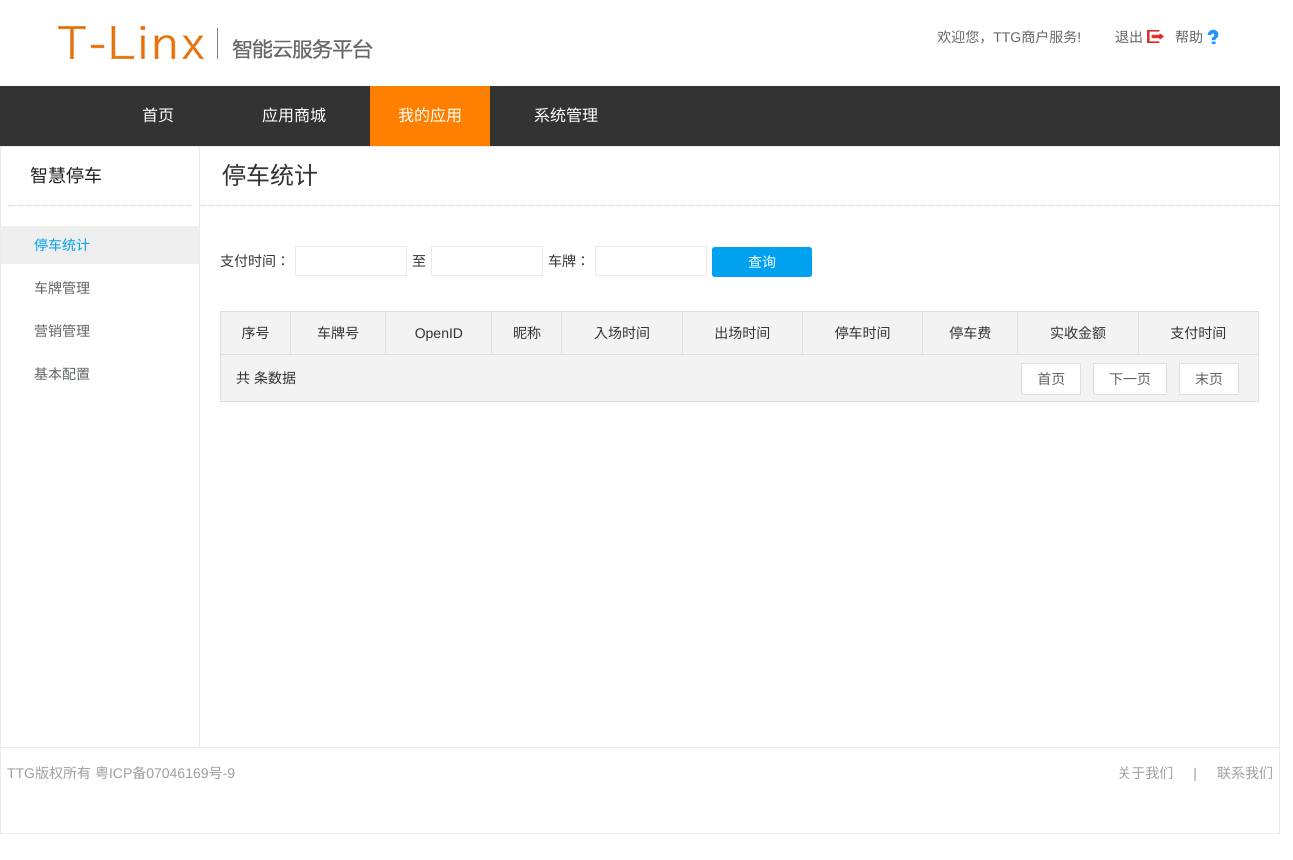
Repository: Keori/ParkCar
Page: admin/商户云/智慧停车/ParkComputed.html
The author's editor kept a copy of each file at every save. The page is drawn from the files as they stood at one save, then again after the next save.
The browser window is 1280 px wide. The page is 1293 px wide, so the pictures cover 1293 px, including what lies to the right of the window. The pictures show the whole page.
The page's requests for data from a server got no answer.

Above is the page before, as saved 2018-12-24 11:52:00.

### admin/商户云/智慧停车/ParkComputed.html
<!DOCTYPE html>
<html lang="en">
<head>
    <meta charset="utf-8">
    <meta name="viewport" content="initial-scale=1.0,width=device-width" />
    <meta name="keywords" content="" />
    <meta name="description" content="" />
    <title>会员卡</title>
    <link href="../css/reset.css" type="text/css" rel="stylesheet"/>
    <link href="../css/layout.css" type="text/css" rel="stylesheet"/>
    <link href="../laydate/laydate.css" type="text/css" rel="stylesheet"/>
    <script type="text/javascript" src="../js/jquery-3.1.1.min.js"></script>
    <script type="text/javascript" src="../js/vue.js"></script>
</head>
<body>
<header class="header index_header">
    <div class="top w1170">
        <div class="logo"><i></i><img src="../images/logo.jpg" alt=""/></div>
        <div class="top_right">欢迎您，TTG商户服务! <span class="icon out_icon"><a href="">退出<code></code></a></span><span class="icon help_icon"><a href="">帮助<code></code></a></span></div>
    </div>

    <menu class="menu">
        <div class="w1170">
            <ul>
                <li><a href="">首页</a></li>
                <li><a href="">应用商城</a></li>
                <li class="on"><a href="">我的应用</a></li>
                <li><a href="">系统管理</a></li>
            </ul>
        </div>
    </menu>
</header>
<section id="content" class="content content1170">
    <aside class="left_con">
        <div class="left_con_tit borderb">智慧停车</div>

        <ul>
            <li class="on"><a href="">停车统计</a></li>
            <li><a href="ParkManage.html">车牌管理</a></li>
            <li>
                <h1><a class='pagetitle' href="javascript:;" @click='ManageType'>营销管理</a><i></i></a>
                <div class='secondary' v-show='type'>
                    <h2 :class="{active:changeGray===1}" @click='change(1)'>
                        <a class='nextselect' href="Manage.html">
                            <span class='blockText'>模板类型</span>
                        </a>
                    </h2>
                    <h2 :class="{active:changeGray===2}" @click='change(2)'>
                        <a class='nextselect' href="Manage2.html">
                            <span class='blockText'>广告类型</span>
                        </a>
                    </h2>
                </div>
            </li>
            <li><a href="Basic.html">基本配置</a></li>
        </ul>
    </aside>
    <section id="boxRight" class="boxRight">
        <div class="boxRight_tit f1 borderb">停车统计</div>
        <article class="boxRightCon">
            <div class="CommonInput viplist_formlist viplist_formlist_1">
                <ul>
                    <li>
                        <span class="name">支付时间：</span><input id='timeData' name="text" type="text" style="width:100px;" onclick="laydate()"/>
                    </li>
                    <li>
                        <span class="name">至</span><input id='timeData1' name="text" type="text" style="width:100px;" onclick="laydate()"/>
                    </li>
                    <li>
                        <span class="name">车牌：</span><input v-model='filterSearch.plateNo' name="text" type="text" style="width:100px;"/>
                    </li>
                    <li>
                        <div class="org_btn"><a @click='Search'>查询</a></div>
                    </li>
                </ul>
            </div>
            <table width="100%" cellpadding="0" cellspacing="0" border="0" class="commonTable commonTable4">
                <tr>
                    <th>序号</th>
                    <th>车牌号</th>
                    <th>OpenID</th>
                    <th>昵称</th>
                    <th>入场时间</th>
                    <th>出场时间</th>
                    <th>停车时间</th>
                    <th>停车费</th>
                    <th>实收金额</th>
                    <th>支付时间</th>
                </tr>
                <tr v-for='(item,index) in Park' v-show='index<6'>
                    <td>{{index+1}}</td>
                    <td>{{item.plateNo}}</td>
                    <td>{{item.OpenId}}</td>
                    <td>{{item.nickName}}</td>
                    <td>{{item.entryTime}}</td>
                    <td>{{item.payTime}}</td>
                    <td>{{item.elapsedTime}}</td>
                    <td>{{item.payable}}</td>
                    <td class="red">{{item.OfficialMoney}}</td>
                    <td>{{item.payTime}}</td>
                </tr>
            </table>
            <div class="bg_f3 page">共 {{pages.pageSize}} 条数据
                <div class="page_right fr">
                    <a href="javascript:;">首页</a>
                    <span v-show='current != 0' @click='current-- && goto(current)'>
                        <a href="#">上一页</a>
                    </span>
                    <span class='itempage'
                        v-for='(paging,index) in items'
                        :key='index'>
                        <a href="javascript:;" :class='{active:current===index}' @click='goto(index)'>{{paging}}</a>
                    </span>
                    <span v-show="allpage != current && allpage != 0 " @click="current++ && goto(current++)">
                        <a href="#">下一页</a>
                    </span>
                    <a href="javascript:;">末页</a>
                </div>
            </div>
        </article>
    </section>
    <footer class="footer">
        <div class="w1000">
            <p class="footer_a fl">TTG版权所有   粤ICP备07046169号-9</p>
            <p class="footer_b fr"><a href="">关于我们</a>|<a href="">联系我们</a></p>
        </div>
    </footer>
</section>
<script  type="text/javascript">
    new Vue({
        el: '#content',
        data(){
            return{
                current: 0, //当前页
                pageSize: 6, //每条页数
                showItem:5, //每条总数
                allpage:13, //总页数
                type: false,
                changeGray: '',
                filterSearch:{
                    plateNo: '',
                    payTimeStart: '',
                    payTimeEnd: ''
                },
                Park: [],
                pages:{},
            }
        },
        computed:{
            items(){
                // const c = this.pages.currPage
                // const t = this.pages.totalPage
                // if(c){
                //     return [1,2,3,4,5]
                // }else if(c >=6){
                //     return ['···',c-1,c,c+1,'···',t]
                // }else{
                //     return [1,2,3,4,5,'···',t]
                // }
            }
        },
        methods:{
            Search(){
                this.filterSearch.payTimeStart = $('#timeData').val()
                this.filterSearch.payTimeEnd = $('#timeData1').val()
                let params =
                    this.filterSearch,
                    currPage = this.current,
                    pageSize = this.pageSize,
                    totalPage = this.allpage,
                    totalCount = this.showItem
                    ;
                console.log(this.filterSearch);
                $.ajax({
                url: 'http://q214e81040.iask.in:32642/merchant/car/paylist',
                type: 'get',
                data: params,
                statusCode:{
                    404:function(){
                        alert('网络错误')
                    }
                },
                success:(params) => {
                    this.Park = params.page.list
                    this.pages = params.page
                    console.log(this.pages);
                    console.log(this.Park)
                }
            })
            },
            ManageType(){
                if(this.type === false){
                    this.type = true
                }else{
                    this.type = false
                }
            },
            change(num){
                this.changeGray = num
            },
            goto(index){
                if(index == this.current) return;
                this.current = index;
            }
        },
        created(){
            this.Search()
        }
    })
</script>
</body>
<script src="../laydate/laydate.js"></script>
<script>
</script>
<style>
.pagetitle,.nextselect{
    font-weight: normal;
}
.nextselect{
    font-size: 14px;
}
.active{
    background: #EEEEEE
}
.blockText{
    display: block;
    width: 130px;
    height: 37.6px;
    margin: auto;
}
.active{
    background: #34495e !important;
    border-color: #34495e;
    color: #fff;
}
</style>
</html>

### admin/商户云/laydate/laydate.css
/**

 @Name： laydate皮肤：默认
 @Author：贤心
 @Site：http://sentsin.com/layui/laydate

**/

.laydate-icon{border:1px solid #C6C6C6; background-image:url(icon.png)}

.laydate_body .laydate_box,
.laydate_body .laydate_ym,
.laydate_body .laydate_ym .laydate_yms,
.laydate_body .laydate_table,
.laydate_body .laydate_table td,
.laydate_body .laydate_bottom #laydate_hms,
.laydate_body .laydate_time,
.laydate_body .laydate_bottom .laydate_btn a{border:1px solid #ccc;}

.laydate_body .laydate_y .laydate_yms a,
.laydate_body .laydate_choose,
.laydate_body .laydate_table thead,
.laydate_body .laydate_bottom .laydte_hsmtex{background-color:#F6F6F6;}

.laydate_body .laydate_box,
.laydate_body .laydate_ym .laydate_yms,
.laydate_body .laydate_time{box-shadow: 2px 2px 5px rgba(0,0,0,.1);}

.laydate_body .laydate_box{border-top:none; border-bottom:none; background-color:#fff; color:#333;}
.laydate_body .laydate_box input{color:#333;}
.laydate_body .laydate_box .laydate_void{color:#ccc!important; /*text-decoration:line-through;*/}
.laydate_body .laydate_box .laydate_void:hover{background-color:#fff!important}
.laydate_body .laydate_box a, .laydate_body .laydate_box a:hover{color:#333;}
.laydate_body .laydate_box a:hover{color:#666;}
.laydate_body .laydate_click{background-color:#eee!important;}
.laydate_body .laydate_top{border-top:1px solid #C6C6C6;}
.laydate_body .laydate_ym .laydate_yms{border:1px solid #C6C6C6; background-color:#fff;}
.laydate_body .laydate_y .laydate_yms a{border-bottom:1px solid #C6C6C6;}
.laydate_body .laydate_y .laydate_yms .laydate_chdown{border-top:1px solid #C6C6C6; border-bottom:none;}
.laydate_body .laydate_choose{border-left:1px solid #C6C6C6;}
.laydate_body .laydate_chprev{border-left:none; border-right:1px solid #C6C6C6;}
.laydate_body .laydate_choose:hover,
.laydate_body .laydate_y .laydate_yms a:hover{background-color:#fff;}
.laydate_body .laydate_chtop cite{border-bottom-color:#666;}
.laydate_body .laydate_chdown cite, .laydate_body .laydate_ym label{border-top-color:#666;}
.laydate_body .laydate_chprev cite{border-right-style:solid; border-right-color:#666;}
.laydate_body .laydate_chnext cite{border-left-style:solid; border-left-color:#666;}
.laydate_body .laydate_table td{border:none;  height:21px!important; line-height:21px!important; background-color:#fff;}
.laydate_body .laydate_table .laydate_nothis{color:#999;}
.laydate_body .laydate_table thead{height:21px!important; line-height:21px!important;}
.laydate_body .laydate_table thead th{border-bottom:1px solid #ccc;}
.laydate_body .laydate_bottom{border-bottom:1px solid #C6C6C6;}
.laydate_body .laydate_bottom #laydate_hms{background-color:#fff;}
.laydate_body .laydate_time{background-color:#fff;}
.laydate_body .laydate_bottom .laydate_sj{border-right:1px solid #C6C6C6; background-color:#F6F6F6;}
.laydate_body .laydate_bottom input{background-color:#fff;}
.laydate_body .laydate_bottom .laydte_hsmtex{border-bottom:1px solid #C6C6C6;}
.laydate_body .laydate_bottom .laydate_btn{border-right:1px solid #C6C6C6;}
.laydate_body .laydate_bottom .laydate_v{color:#999}
.laydate_body .laydate_bottom .laydate_btn a{border-right:none; background-color:#F6F6F6;}
.laydate_body .laydate_bottom .laydate_btn a:hover{color:#000; background-color:#fff;}

.laydate_body .laydate_m .laydate_yms span:hover,
.laydate_body .laydate_y .laydate_yms ul li:hover,
.laydate_body .laydate_table td:hover,
.laydate_body .laydate_time .laydate_hmsno span:hover{background-color:#F3F3F3}

### admin/商户云/laydate/need/laydate.css
/**

 @Name： laydate 核心样式
 @Author：贤心
 @Site：http://sentsin.com/layui/laydate

**/

html{_background-image:url(about:blank); _background-attachment:fixed;}
.laydate_body .laydate_box, .laydate_body .laydate_box *{margin:0; padding:0;}
.laydate-icon,
.laydate-icon-default,
.laydate-icon-danlan,
.laydate-icon-dahong,
.laydate-icon-molv{height:22px; line-height:22px; padding-right:20px; border:1px solid #C6C6C6; background-repeat:no-repeat; background-position:right center;  background-color:#fff; outline:0;}
.laydate-icon-default{ background-image:url(../skins/default/icon.png)}
.laydate-icon-danlan{border:1px solid #B1D2EC; background-image:url(../skins/danlan/icon.png)}
.laydate-icon-dahong{background-image:url(../skins/dahong/icon.png)}
.laydate-icon-molv{background-image:url(../skins/molv/icon.png)}
.laydate_body .laydate_box{width:240px; font:12px '\5B8B\4F53'; z-index:99999999; *margin:-2px 0 0 -2px; *overflow:hidden; _margin:0; _position:absolute!important; background-color:#fff;}
.laydate_body .laydate_box li{list-style:none;}
.laydate_body .laydate_box .laydate_void{cursor:text!important;}
.laydate_body .laydate_box a, .laydate_body .laydate_box a:hover{text-decoration:none; blr:expression(this.onFocus=this.blur()); cursor:pointer;}
.laydate_body .laydate_box a:hover{text-decoration:none;}
.laydate_body .laydate_box cite, .laydate_body .laydate_box label{position:absolute; width:0; height:0; border-width:5px; border-style:dashed; border-color:transparent; overflow:hidden; cursor:pointer;}
.laydate_body .laydate_box .laydate_yms, .laydate_body .laydate_box .laydate_time{display:none;}
.laydate_body .laydate_box .laydate_show{display:block;}
.laydate_body .laydate_box input{outline:0; font-size:14px; background-color:#fff;}
.laydate_body .laydate_top{position:relative; height:26px; padding:5px; *width:100%; z-index:99;}
.laydate_body .laydate_ym{position:relative; float:left; height:24px; cursor:pointer;}
.laydate_body .laydate_ym input{float:left; height:24px; line-height:24px; text-align:center; border:none; cursor:pointer;}
.laydate_body .laydate_ym .laydate_yms{position:absolute; left: -1px; top: 24px; height:181px;}
.laydate_body .laydate_y{width:121px; margin-right:6px;}
.laydate_body .laydate_y input{width:64px; margin-right:15px;}
.laydate_body .laydate_y .laydate_yms{width:121px; text-align:center;}
.laydate_body .laydate_y .laydate_yms a{position:relative; display:block; height:20px;}
.laydate_body .laydate_y .laydate_yms ul{height:139px; padding:0; *overflow:hidden;}
.laydate_body .laydate_y .laydate_yms ul li{float:left; width:60px; height:20px; line-height: 20px; text-overflow: ellipsis; overflow: hidden; white-space: nowrap;}
.laydate_body .laydate_m{width:99px;}
.laydate_body .laydate_m .laydate_yms{width:99px; padding:0;}
.laydate_body .laydate_m input{width:42px; margin-right:15px;}
.laydate_body .laydate_m .laydate_yms span{display:block; float:left; width:42px; margin: 5px 0 0 5px; line-height:24px; text-align:center; _display:inline;}
.laydate_body .laydate_choose{display:block; float:left; position:relative; width:20px; height:24px;}
.laydate_body .laydate_choose cite, .laydate_body .laydate_tab cite{left:50%; top:50%;}
.laydate_body .laydate_chtop cite{margin:-7px 0 0 -5px; border-bottom-style:solid;}
.laydate_body .laydate_chdown cite, .laydate_body .laydate_ym label{top:50%; margin:-2px 0 0 -5px; border-top-style:solid;}
.laydate_body .laydate_chprev cite{margin:-5px 0 0 -7px;}
.laydate_body .laydate_chnext cite{margin:-5px 0 0 -2px;}
.laydate_body .laydate_ym label{right:28px;}
.laydate_body .laydate_table{ width:230px; margin:0 5px; border-collapse:collapse; border-spacing:0px; }
.laydate_body .laydate_table td{width:31px; height:19px; line-height:19px; text-align: center; cursor:pointer; font-size: 12px;}
.laydate_body .laydate_table thead{height:22px; line-height:22px;}
.laydate_body .laydate_table thead th{font-weight:400; font-size:12px; text-align:center;}
.laydate_body .laydate_bottom{position:relative; height:22px; line-height:20px; padding:5px; font-size:12px;}
.laydate_body .laydate_bottom #laydate_hms{position: relative; z-index: 1; float:left; }
.laydate_body .laydate_time{ position:absolute; left:5px; bottom: 26px; width:129px; height:125px; *overflow:hidden;}
.laydate_body .laydate_time .laydate_hmsno{ padding:5px 0 0 5px;}
.laydate_body .laydate_time .laydate_hmsno span{display:block; float:left; width:24px; height:19px; line-height:19px; text-align:center; cursor:pointer; *margin-bottom:-5px;}
.laydate_body .laydate_time1{width:228px; height:154px;}
.laydate_body .laydate_time1 .laydate_hmsno{padding: 6px 0 0 8px;}
.laydate_body .laydate_time1 .laydate_hmsno span{width:21px; height:20px; line-height:20px;}
.laydate_body .laydate_msg{left:49px; bottom:67px; width:141px; height:auto; overflow: hidden;}
.laydate_body .laydate_msg p{padding:5px 10px;}
.laydate_body .laydate_bottom li{float:left; height:20px; line-height:20px; border-right:none; font-weight:900;}
.laydate_body .laydate_bottom .laydate_sj{width:33px; text-align:center; font-weight:400;}
.laydate_body .laydate_bottom input{float:left; width:21px; height:20px; line-height:20px; border:none; text-align:center; cursor:pointer; font-size:12px;  font-weight:400;}
.laydate_body .laydate_bottom .laydte_hsmtex{height:20px; line-height:20px; text-align:center;}
.laydate_body .laydate_bottom .laydte_hsmtex span{position:absolute; width:20px; top:0; right:0px; cursor:pointer;}
.laydate_body .laydate_bottom .laydte_hsmtex span:hover{font-size:14px;}
.laydate_body .laydate_bottom .laydate_btn{position:absolute; right:5px; top:5px;}
.laydate_body .laydate_bottom .laydate_btn a{float:left; height:20px; padding:0 6px; _padding:0 5px;}
.laydate_body .laydate_bottom .laydate_v{position:absolute; left:10px; top:6px; font-family:Courier; z-index:0;}

### admin/商户云/laydate/skins/default/laydate.css
/**

 @Name： laydate皮肤：默认
 @Author：贤心
 @Site：http://sentsin.com/layui/laydate

**/

.laydate-icon{border:1px solid #C6C6C6; background-image:url(icon.png)}

.laydate_body .laydate_box,
.laydate_body .laydate_ym,
.laydate_body .laydate_ym .laydate_yms,
.laydate_body .laydate_table,
.laydate_body .laydate_table td,
.laydate_body .laydate_bottom #laydate_hms,
.laydate_body .laydate_time,
.laydate_body .laydate_bottom .laydate_btn a{border:1px solid #ccc;}

.laydate_body .laydate_y .laydate_yms a,
.laydate_body .laydate_choose,
.laydate_body .laydate_table thead,
.laydate_body .laydate_bottom .laydte_hsmtex{background-color:#F6F6F6;}

.laydate_body .laydate_box,
.laydate_body .laydate_ym .laydate_yms,
.laydate_body .laydate_time{box-shadow: 2px 2px 5px rgba(0,0,0,.1);}

.laydate_body .laydate_box{border-top:none; border-bottom:none; background-color:#fff; color:#333;}
.laydate_body .laydate_box input{color:#333;}
.laydate_body .laydate_box .laydate_void{color:#ccc!important; /*text-decoration:line-through;*/}
.laydate_body .laydate_box .laydate_void:hover{background-color:#fff!important}
.laydate_body .laydate_box a, .laydate_body .laydate_box a:hover{color:#333;}
.laydate_body .laydate_box a:hover{color:#666;}
.laydate_body .laydate_click{background-color:#eee!important;}
.laydate_body .laydate_top{border-top:1px solid #C6C6C6;}
.laydate_body .laydate_ym .laydate_yms{border:1px solid #C6C6C6; background-color:#fff;}
.laydate_body .laydate_y .laydate_yms a{border-bottom:1px solid #C6C6C6;}
.laydate_body .laydate_y .laydate_yms .laydate_chdown{border-top:1px solid #C6C6C6; border-bottom:none;}
.laydate_body .laydate_choose{border-left:1px solid #C6C6C6;}
.laydate_body .laydate_chprev{border-left:none; border-right:1px solid #C6C6C6;}
.laydate_body .laydate_choose:hover,
.laydate_body .laydate_y .laydate_yms a:hover{background-color:#fff;}
.laydate_body .laydate_chtop cite{border-bottom-color:#666;}
.laydate_body .laydate_chdown cite, .laydate_body .laydate_ym label{border-top-color:#666;}
.laydate_body .laydate_chprev cite{border-right-style:solid; border-right-color:#666;}
.laydate_body .laydate_chnext cite{border-left-style:solid; border-left-color:#666;}
.laydate_body .laydate_table td{border:none;  height:21px!important; line-height:21px!important; background-color:#fff;}
.laydate_body .laydate_table .laydate_nothis{color:#999;}
.laydate_body .laydate_table thead{height:21px!important; line-height:21px!important;}
.laydate_body .laydate_table thead th{border-bottom:1px solid #ccc;}
.laydate_body .laydate_bottom{border-bottom:1px solid #C6C6C6;}
.laydate_body .laydate_bottom #laydate_hms{background-color:#fff;}
.laydate_body .laydate_time{background-color:#fff;}
.laydate_body .laydate_bottom .laydate_sj{border-right:1px solid #C6C6C6; background-color:#F6F6F6;}
.laydate_body .laydate_bottom input{background-color:#fff;}
.laydate_body .laydate_bottom .laydte_hsmtex{border-bottom:1px solid #C6C6C6;}
.laydate_body .laydate_bottom .laydate_btn{border-right:1px solid #C6C6C6;}
.laydate_body .laydate_bottom .laydate_v{color:#999}
.laydate_body .laydate_bottom .laydate_btn a{border-right:none; background-color:#F6F6F6;}
.laydate_body .laydate_bottom .laydate_btn a:hover{color:#000; background-color:#fff;}

.laydate_body .laydate_m .laydate_yms span:hover,
.laydate_body .laydate_y .laydate_yms ul li:hover,
.laydate_body .laydate_table td:hover,
.laydate_body .laydate_time .laydate_hmsno span:hover{background-color:#F3F3F3}

Loaded but not shown: admin/商户云/js/jquery-3.1.1.min.js (library); admin/商户云/js/vue.js (library); admin/商户云/laydate/laydate.js (library); admin/商户云/css/layout.css (845 lines, source omitted); admin/商户云/css/reset.css (322 lines, source omitted)

After the next save:
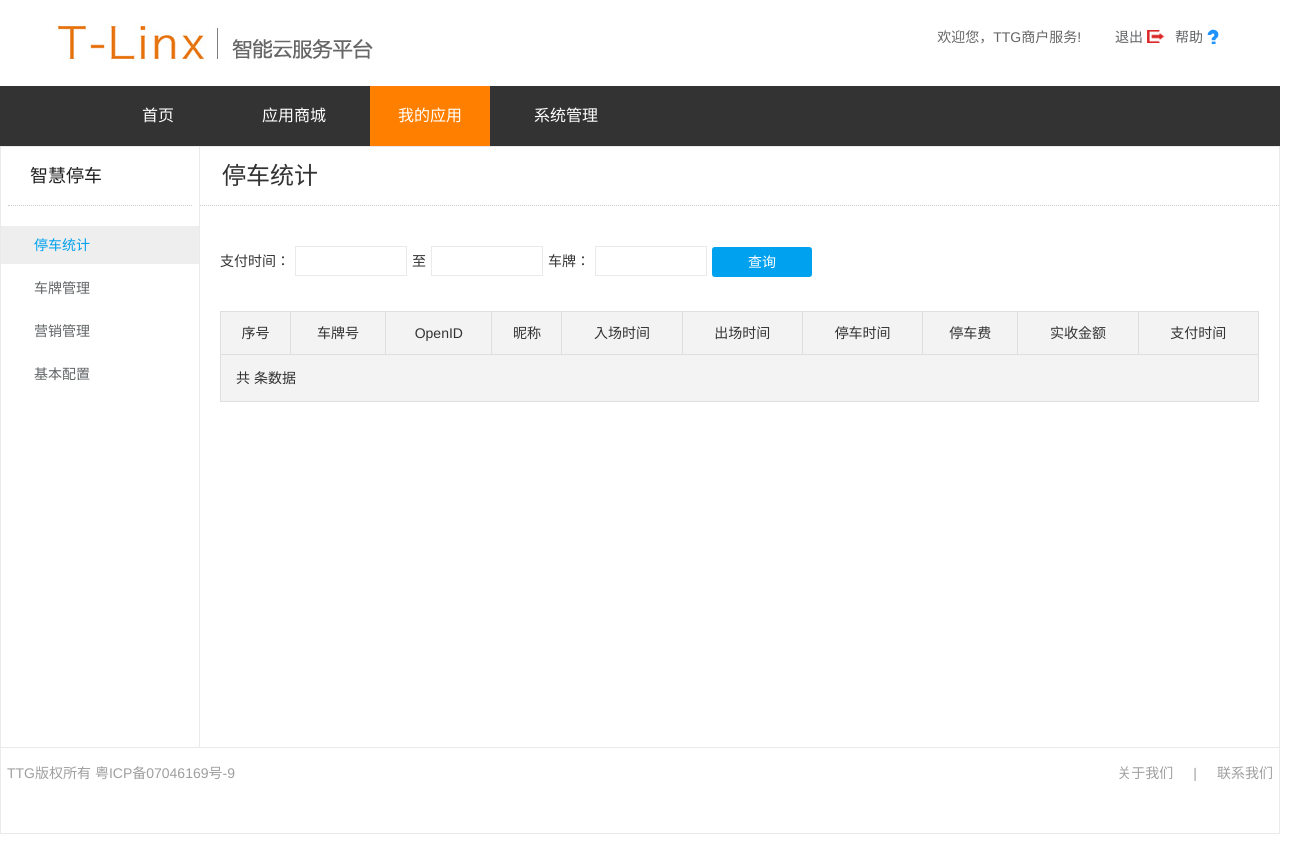
Saved 16 s later.
--- a/admin/商户云/智慧停车/ParkComputed.html
+++ b/admin/商户云/智慧停车/ParkComputed.html
@@ -101,21 +101,6 @@
                 </tr>
             </table>
             <div class="bg_f3 page">共 {{pages.pageSize}} 条数据
-                <div class="page_right fr">
-                    <a href="javascript:;">首页</a>
-                    <span v-show='current != 0' @click='current-- && goto(current)'>
-                        <a href="#">上一页</a>
-                    </span>
-                    <span class='itempage'
-                        v-for='(paging,index) in items'
-                        :key='index'>
-                        <a href="javascript:;" :class='{active:current===index}' @click='goto(index)'>{{paging}}</a>
-                    </span>
-                    <span v-show="allpage != current && allpage != 0 " @click="current++ && goto(current++)">
-                        <a href="#">下一页</a>
-                    </span>
-                    <a href="javascript:;">末页</a>
-                </div>
             </div>
         </article>
     </section>
